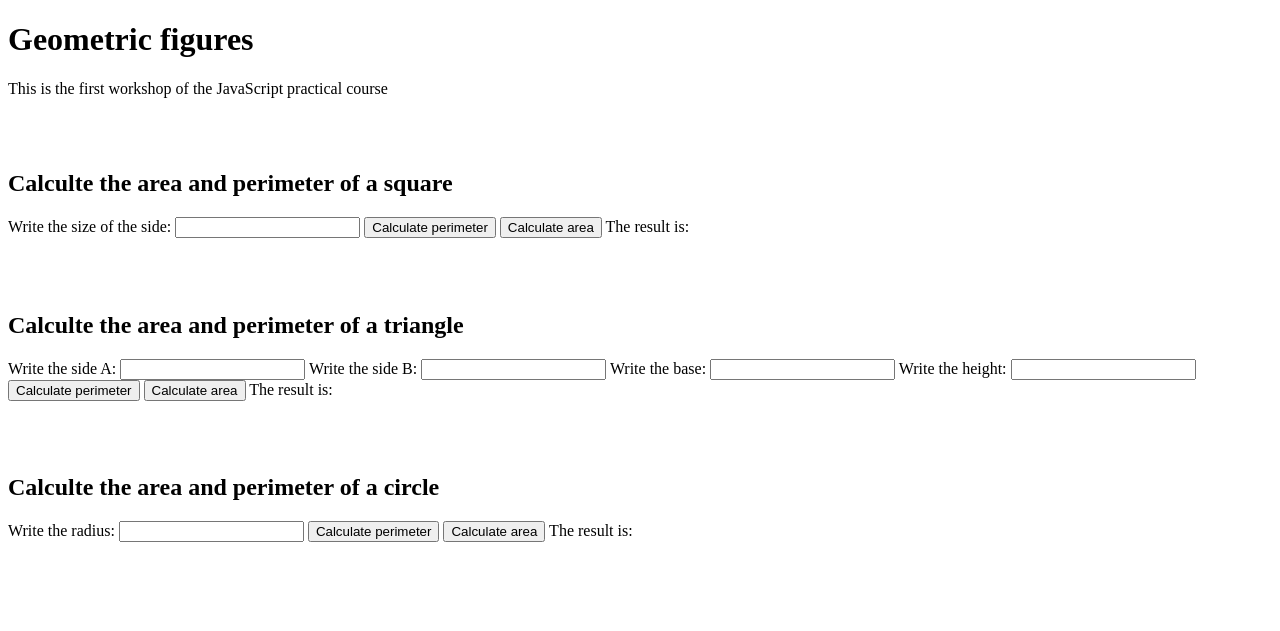
Repository: jangabe/curso-practico-javascript
Page: figures.html
An editor plug-in stored every save of this project. The page is shown before and after the next save, followed by the edit.
The browser window is 1280 px wide. The pictures show the whole page.

Above is the page before, as saved 2022-06-14 09:44:39.

After the next save:
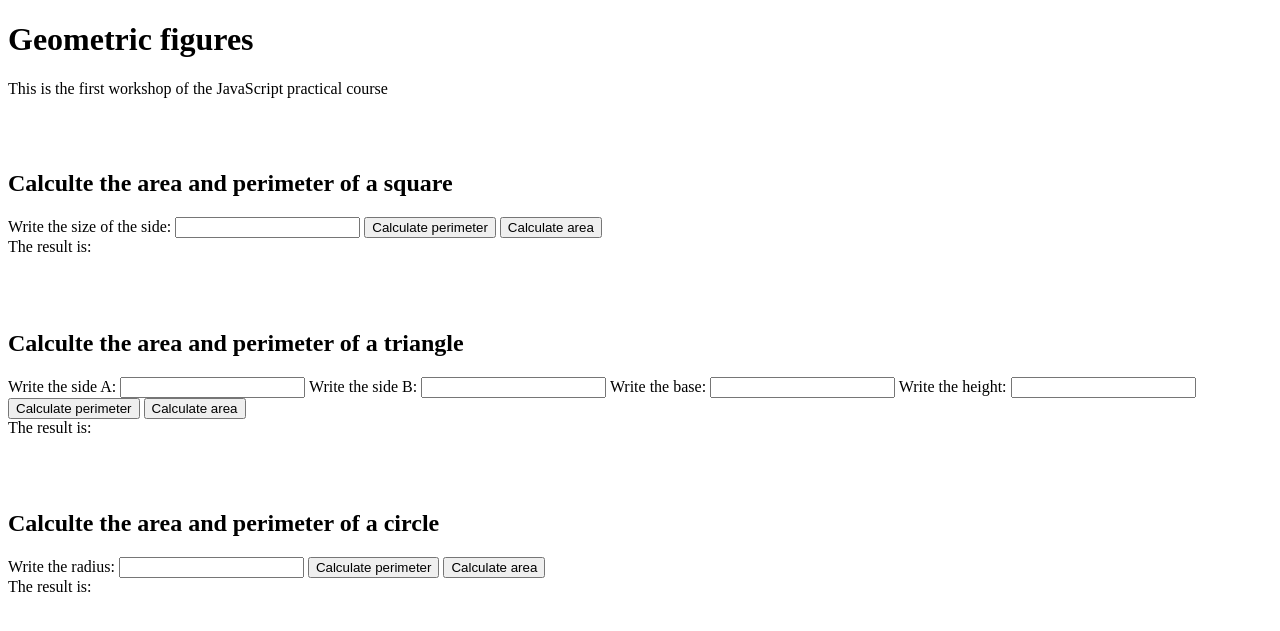
Saved 2 min 34 s later.
--- a/figures.html
+++ b/figures.html
@@ -12,49 +12,52 @@
     </header>
 </br>
 </br>
-    <section>
-        <h2>Calculte the area and perimeter of a square</h2>
-        <form action="">
-            <label for="SquareInput">Write the size of the side:</label>
-            <input id="SquareInput" type="number">
-            <button type="button" onclick="calculatePerimeterSquare()">Calculate perimeter</button>
-            <button type="button" onclick="calculateAreaSquare()">Calculate area</button>
-            <label for="">The result is: </label> <output id="ResultSquare"></output>
-        </form>
-    </section>
+<section>
+    <h2>Calculte the area and perimeter of a square</h2>
+    <form action="">
+        <label for="SquareInput">Write the size of the side:</label>
+        <input id="SquareInput" type="number">
+        <button type="button" onclick="calculatePerimeterSquare()">Calculate perimeter</button>
+        <button type="button" onclick="calculateAreaSquare()">Calculate area</button>
+        </br>
+        <label for="">The result is: </label> <output id="ResultSquare"></output>
+    </form>
+</section>
 </br>
 </br>
 </br>
-    <section>
-        <h2>Calculte the area and perimeter of a triangle</h2>
-        <form action="">
-            <label for="TriangleInputA">Write the side A:</label>
-            <input id="TriangleInputA" type="number">
-            <label for="TriangleInputB">Write the side B:</label>
-            <input id="TriangleInputB" type="number">
-            <label for="TriangleInputBase">Write the base:</label>
-            <input id="TriangleInputBase" type="number">
-            <label for="TriangleInputHeight">Write the height:</label>
-            <input id="TriangleInputHeight" type="number">
-            <button type="button" onclick="calculatePerimeterTriangle()">Calculate perimeter</button>
-            <button type="button" onclick="calculateAreaTriangle()">Calculate area</button>
-            <label for="">The result is: </label> <output id="ResultTriangle"></output>
-        </form>
-    </section>
+<section>
+    <h2>Calculte the area and perimeter of a triangle</h2>
+    <form action="">
+        <label for="TriangleInputA">Write the side A:</label>
+        <input id="TriangleInputA" type="number">
+        <label for="TriangleInputB">Write the side B:</label>
+        <input id="TriangleInputB" type="number">
+        <label for="TriangleInputBase">Write the base:</label>
+        <input id="TriangleInputBase" type="number">
+        <label for="TriangleInputHeight">Write the height:</label>
+        <input id="TriangleInputHeight" type="number">
+        <button type="button" onclick="calculatePerimeterTriangle()">Calculate perimeter</button>
+        <button type="button" onclick="calculateAreaTriangle()">Calculate area</button>
+        </br>
+        <label for="">The result is: </label> <output id="ResultTriangle"></output>
+    </form>
+</section>
 </br>
 </br>
 </br>
-    <section>
-        <h2>Calculte the area and perimeter of a circle</h2>
-        <form action="">
-            <label for="CircleInputRadius">Write the radius:</label>
-            <input id="CircleInputRadius" type="number">
-            <button type="button" onclick="calculatePerimeterCircle()">Calculate perimeter</button>
-            <button type="button" onclick="calculateAreaCircle()">Calculate area</button>
-            <label for="">The result is: </label> <output id="ResultCircle"></output>
-        </form>
-    </section>
+<section>
+    <h2>Calculte the area and perimeter of a circle</h2>
+    <form action="">
+        <label for="CircleInputRadius">Write the radius:</label>
+        <input id="CircleInputRadius" type="number">
+        <button type="button" onclick="calculatePerimeterCircle()">Calculate perimeter</button>
+        <button type="button" onclick="calculateAreaCircle()">Calculate area</button>
+        </br>
+        <label for="">The result is: </label> <output id="ResultCircle"></output>
+    </form>
+</section>
 
-    <script src="./figures.js"></script>
+<script src="./figures.js"></script>
 </body>
 </html>
